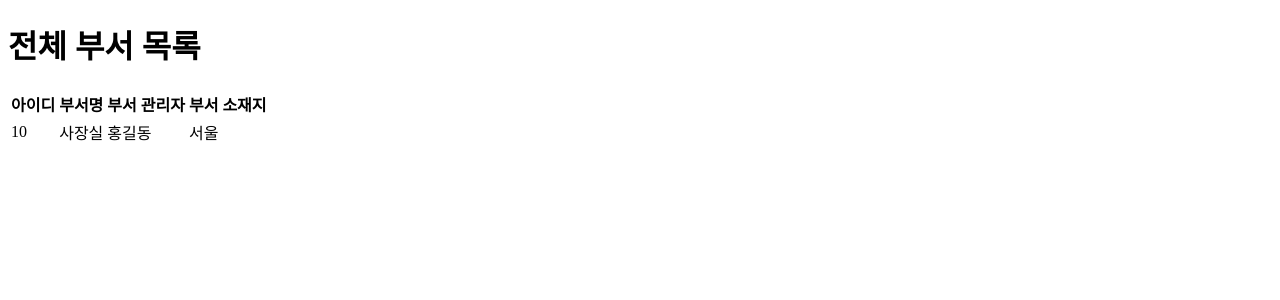
Repository: benpark0613/basic
Page: http://localhost/sample/hr/dept/list.jsp
An editor plug-in stored every save of this project. The page is shown before and after the next save, followed by the edit.
The browser window is 1280 px wide. The pictures show the whole page.
The page is served by Tomcat 9.

Above is the page before, as saved 2021-11-10 02:50:50.

After the next save:
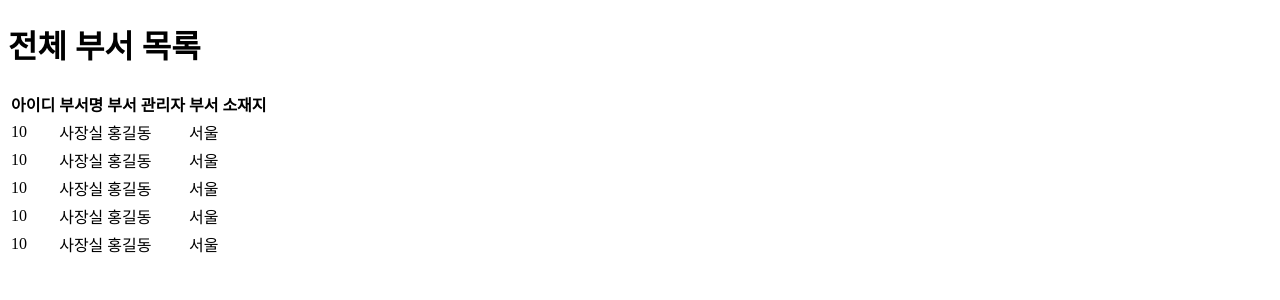
Saved 20 s later.
--- a/HR_app/sample/src/main/webapp/hr/dept/list.jsp
+++ b/HR_app/sample/src/main/webapp/hr/dept/list.jsp
@@ -25,6 +25,30 @@
 				<td>홍길동</td>
 				<td>서울</td>
 			</tr>
+			<tr>
+				<td>10</td>
+				<td>사장실</td>
+				<td>홍길동</td>
+				<td>서울</td>
+			</tr>
+			<tr>
+				<td>10</td>
+				<td>사장실</td>
+				<td>홍길동</td>
+				<td>서울</td>
+			</tr>
+			<tr>
+				<td>10</td>
+				<td>사장실</td>
+				<td>홍길동</td>
+				<td>서울</td>
+			</tr>
+			<tr>
+				<td>10</td>
+				<td>사장실</td>
+				<td>홍길동</td>
+				<td>서울</td>
+			</tr>
 		</tbody>
 	</table>
 </body>
